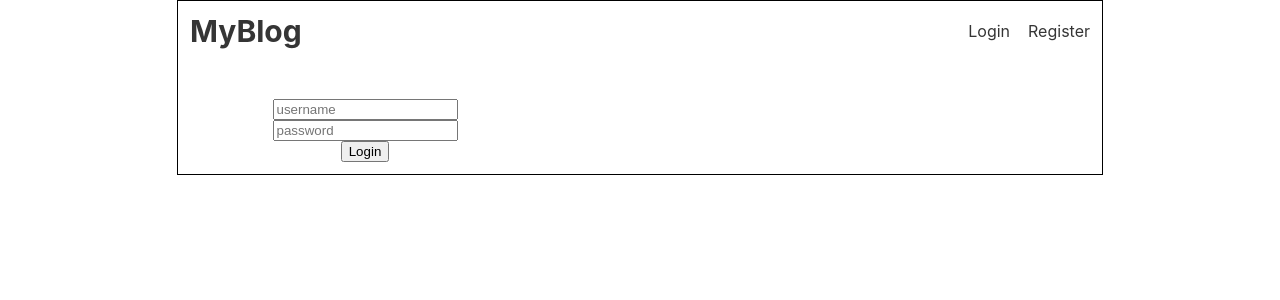
Repository: ateeque-219/BlogApp
Page: /login (app in blogapp/)
These files come from the project's save history. The page is drawn as it stood at one moment and after a run of saves; the edit follows.
The browser window is 1280 px wide. The pictures show the whole page.
The project was rebuilt for these pictures with package versions that can differ from the ones it lists, and the page was loaded fresh each time. Also part of the build but not shown: blogapp/src/Post.js, blogapp/src/pages/Indexpage.js, blogapp/src/pages/RegisterPage.js.

Above is the page before, as saved 2024-01-09 13:08:28.

After the next 2 saves:
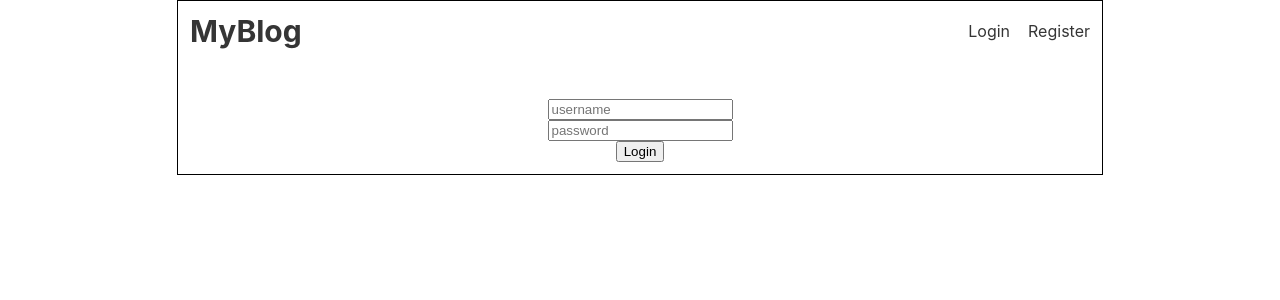
The 2 saves are shown as one change because they came seconds apart.
The last was saved 12 s later.
--- a/blogapp/src/App.css
+++ b/blogapp/src/App.css
@@ -65,7 +65,7 @@ div.post p.summary{
 form.login , form.register{
   display: flex;
   flex-direction: column;
-  max-width: 350px;
+
   align-items: center;
   justify-content: center;
 }
